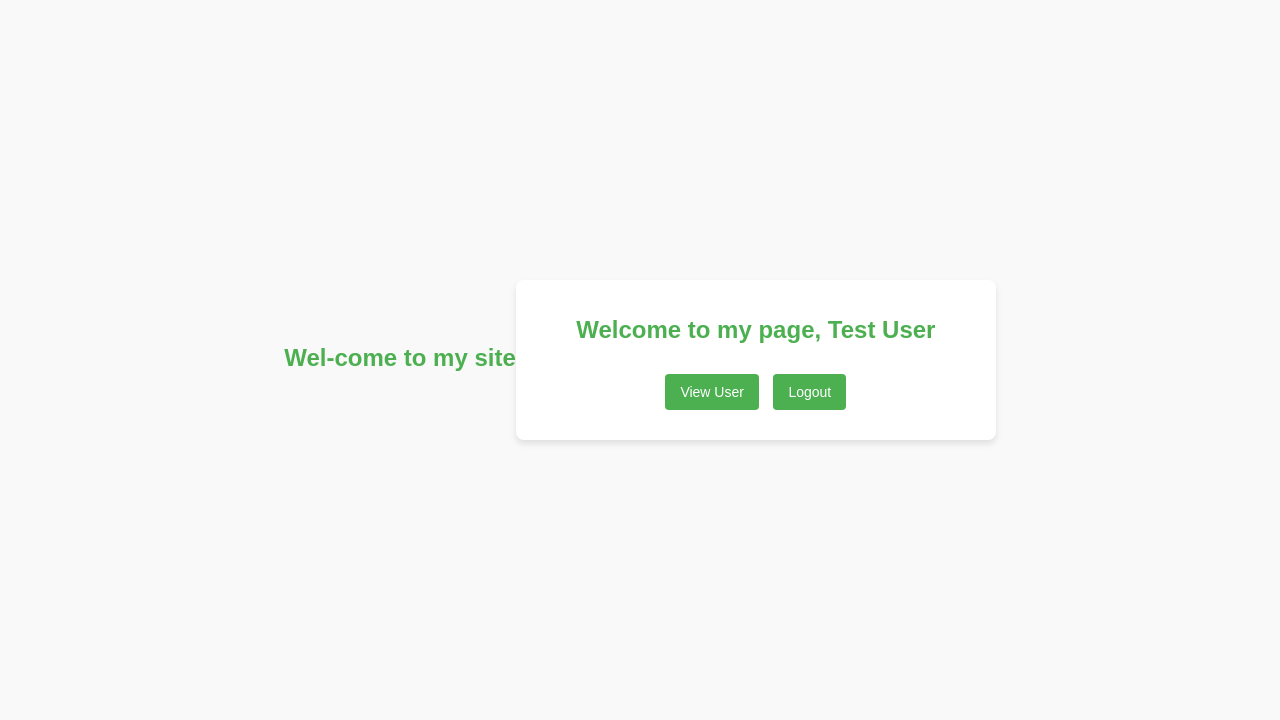
Repository: rajesh2058/2024JAVA
Page: http://localhost/hello/day6home.jsp
These files come from the project's save history. The page is drawn as it stood at one moment and after the next save; the edit follows.
The browser window is 1280 px wide. The pictures show the whole page.
The page is served by Tomcat 9. The session is filled in as if someone had signed in: {"NAME": "Test User"}.

Above is the page before, as saved 2024-12-06 03:16:04.

After the next save:
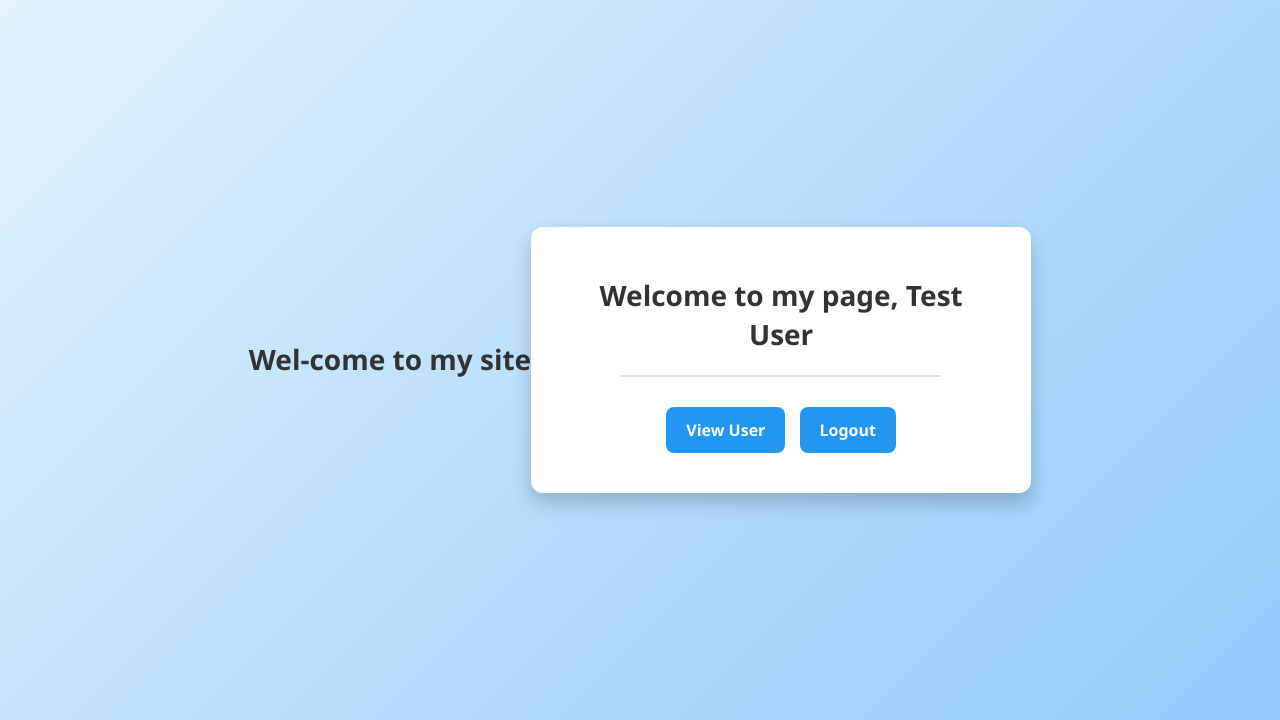
Saved 118 s later.
--- a/JSP/hello/src/main/webapp/day6home.jsp
+++ b/JSP/hello/src/main/webapp/day6home.jsp
@@ -1,51 +1,86 @@
 <%@ include file="header.jsp" %>
 
 <style>
+    /* General Reset */
     body {
-        font-family: Arial, sans-serif;
         margin: 0;
         padding: 0;
-        background-color: #f9f9f9;
+        font-family: 'Segoe UI', Tahoma, Geneva, Verdana, sans-serif;
+        background: linear-gradient(135deg, #e3f2fd, #90caf9);
         display: flex;
         justify-content: center;
         align-items: center;
         height: 100vh;
     }
 
+    /* Centered Container */
     .container {
-        background-color: #ffffff;
-        padding: 20px 40px;
-        border-radius: 8px;
-        box-shadow: 0 4px 6px rgba(0, 0, 0, 0.1);
+        background: #ffffff;
+        padding: 30px 50px;
+        border-radius: 12px;
+        box-shadow: 0 10px 20px rgba(0, 0, 0, 0.2);
         text-align: center;
-        width: 400px;
+        max-width: 400px;
+        width: 100%;
     }
 
+    /* Heading Style */
     h1 {
-        color: #4CAF50;
-        font-size: 24px;
+        font-size: 28px;
+        color: #333333;
         margin-bottom: 20px;
+        font-weight: bold;
+        line-height: 1.4;
     }
 
+    /* Button Styles */
     a {
         display: inline-block;
         margin: 10px 5px;
-        padding: 10px 15px;
-        background-color: #4CAF50;
+        padding: 12px 20px;
+        background-color: #2196f3;
         color: white;
         text-decoration: none;
-        border-radius: 4px;
-        font-size: 14px;
-        transition: background-color 0.3s ease;
+        border-radius: 8px;
+        font-size: 16px;
+        font-weight: bold;
+        transition: all 0.3s ease;
     }
 
     a:hover {
-        background-color: #45a049;
+        background-color: #1976d2;
+        transform: translateY(-3px);
+        box-shadow: 0 4px 6px rgba(0, 0, 0, 0.1);
+    }
+
+    /* Subtle Separator for Better Layout */
+    .separator {
+        height: 2px;
+        width: 80%;
+        background: #e0e0e0;
+        margin: 20px auto;
+    }
+
+    /* Responsive Design */
+    @media (max-width: 500px) {
+        .container {
+            padding: 20px 30px;
+        }
+
+        h1 {
+            font-size: 22px;
+        }
+
+        a {
+            font-size: 14px;
+            padding: 10px 15px;
+        }
     }
 </style>
 
 <div class="container">
     <h1>Welcome to my page, <%= name %></h1>
+    <div class="separator"></div>
     <a href="day6userview.jsp">View User</a>
     <a href="logout.jsp">Logout</a>
 </div>
